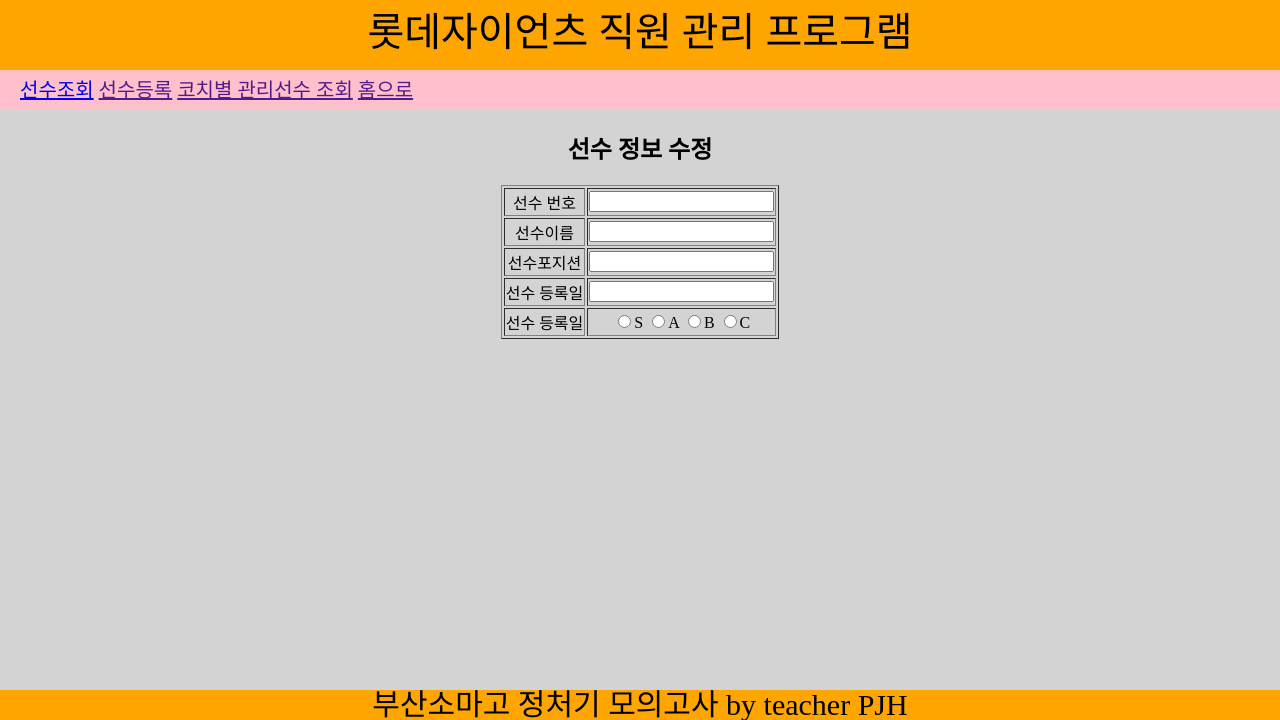
Repository: jeajune0221/information
Page: http://localhost/HRD_2411/update.jsp
An editor plug-in stored every save of this project. The page is shown before and after the next save, followed by the edit.
The browser window is 1280 px wide. The pictures show the whole page.
The page is served by Tomcat 9.

Above is the page before, as saved 2026-03-16 11:10:14.

After the next save:
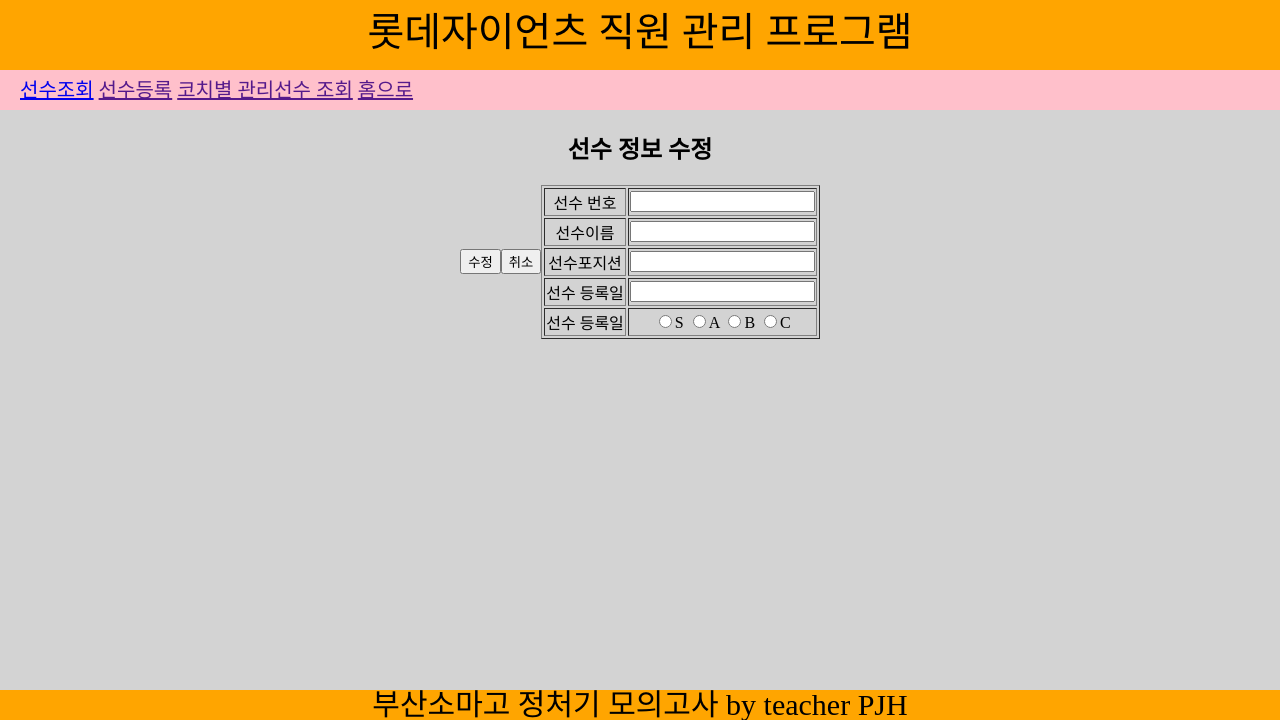
Saved 53 s later.
--- a/hrdkorea/HRD_2411/src/main/webapp/update.jsp
+++ b/hrdkorea/HRD_2411/src/main/webapp/update.jsp
@@ -35,9 +35,10 @@
 <input type ="radio" name = "asd">A
 <input type ="radio" name = "asd">B
 <input type ="radio" name = "asd">C</td>
+</tr>
+<button>수정</button>
+<button>취소</button>
 
-
-</tr>
 </table>
 </form>
 </section>
